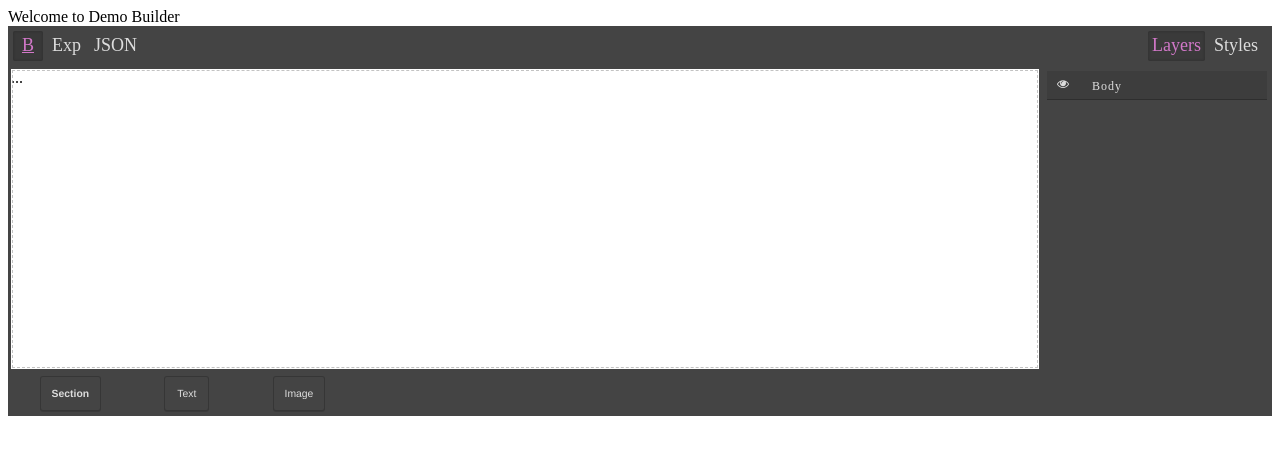
Repository: adityakulkarni000/DemoBuilder
Page: index.html
These files come from the project's save history. The page is drawn as it stood at one moment and after the next save; the edit follows.
The browser window is 1280 px wide. The pictures show the whole page.

Above is the page before, as saved 2022-06-19 01:25:14.

### index.html
<html>
  <header>Welcome to Demo Builder</header>
  <link rel="stylesheet" href="css/grapes.min.css" />
  <script src="lib/grapes.min.js"></script>

  <!-- STYLE SECTION-->
  <style>
    /* Let's highlight canvas boundaries */
    #gjs {
      border: 3px solid #444;
    }

    /* Reset some default styling */
    .gjs-cv-canvas {
      top: 0;
      width: 100%;
      height: 100%;
    }
    .gjs-block {
      width: auto;
      height: auto;
      min-height: auto;
    }
    .panel__top {
      padding: 0;
      width: 100%;
      display: flex;
      position: initial;
      justify-content: center;
      justify-content: space-between;
    }
    .panel__basic-actions {
      position: initial;
    }
    .editor-row {
      display: flex;
      justify-content: flex-start;
      align-items: stretch;
      flex-wrap: nowrap;
      height: 300px;
    }

    .editor-canvas {
      flex-grow: 1;
    }

    .panel__right {
      flex-basis: 230px;
      position: relative;
      overflow-y: auto;
    }
    .panel__switcher {
      position: initial;
    }
  </style>

  <!-- BODY SECTION-->
  <body>
    <div class="panel__top">
      <div class="panel__basic-actions"></div>
      <div class="panel__switcher"></div>
    </div>
    <div class="editor-row">
      <div class="editor-canvas">
        <div id="gjs">...</div>
      </div>
      <div class="panel__right">
        <div class="layers-container"></div>
        <div class="styles-container"></div>
      </div>
    </div>
    <div id="blocks"></div>
  </body>

  <!-- SCRIPT SECTION-->
  <script>
    const editor = grapesjs.init({
      // Indicate where to init the editor. You can also pass an HTMLElement
      container: "#gjs",
      // Get the content for the canvas directly from the element
      // As an alternative we could use: `components: '<h1>Hello World Component!</h1>'`,
      fromElement: true,
      // Size of the editor
      height: "300px",
      width: "auto",
      // Disable the storage manager for the moment
      storageManager: false,
      // Avoid any default panel
      panels: { defaults: [] },

      blockManager: {
        appendTo: "#blocks",
        blocks: [
          {
            id: "section", // id is mandatory
            label: "<b>Section</b>", // You can use HTML/SVG inside labels
            attributes: { class: "gjs-block-section" },
            content: `<section>
          <h1>This is a simple title</h1>
          <div>This is just a Lorem text: Lorem ipsum dolor sit amet</div>
        </section>`,
          },
          {
            id: "text",
            label: "Text",
            content: '<div data-gjs-type="text">Insert your text here</div>',
          },
          {
            id: "image",
            label: "Image",
            // Select the component once it's dropped
            select: true,
            // You can pass components as a JSON instead of a simple HTML string,
            // in this case we also use a defined component type `image`
            content: { type: "image" },
            // This triggers `active` event on dropped components and the `image`
            // reacts by opening the AssetManager
            activate: true,
          },
        ],
      },
      layerManager: {
        appendTo: ".layers-container",
      },
      // We define a default panel as a sidebar to contain layers
      panels: {
        defaults: [
          {
            id: "layers",
            el: ".panel__right",
            // Make the panel resizable
            resizable: {
              maxDim: 350,
              minDim: 200,
              tc: 0, // Top handler
              cl: 1, // Left handler
              cr: 0, // Right handler
              bc: 0, // Bottom handler
              // Being a flex child we need to change `flex-basis` property
              // instead of the `width` (default)
              keyWidth: "flex-basis",
            },
          },
          {
            id: "panel-switcher",
            el: ".panel__switcher",
            buttons: [
              {
                id: "show-layers",
                active: true,
                label: "Layers",
                command: "show-layers",
                // Once activated disable the possibility to turn it off
                togglable: false,
              },
              {
                id: "show-style",
                active: true,
                label: "Styles",
                command: "show-styles",
                togglable: false,
              },
            ],
          },
        ],
      },
    });


    editor.Panels.addPanel({
      id: "panel-top",
      el: ".panel__top",
    });
    editor.Panels.addPanel({
      id: "basic-actions",
      el: ".panel__basic-actions",
      buttons: [
        {
          id: "visibility",
          active: true, // active by default
          className: "btn-toggle-borders",
          label: "<u>B</u>",
          command: "sw-visibility", // Built-in command
        },
        {
          id: "export",
          className: "btn-open-export",
          label: "Exp",
          command: "export-template",
          context: "export-template", // For grouping context of buttons from the same panel
        },
        {
          id: "show-json",
          className: "btn-show-json",
          label: "JSON",
          context: "show-json",
          command(editor) {
            editor.Modal.setTitle("Components JSON")
              .setContent(
                `<textarea style="width:100%; height: 250px;">
            ${JSON.stringify(editor.getComponents())}
          </textarea>`
              )
              .open();
          },
        },
      ],
    });
  </script>
</html>

Loaded but not shown: css/grapes.min.css (library); lib/grapes.min.js (library)

After the next save:
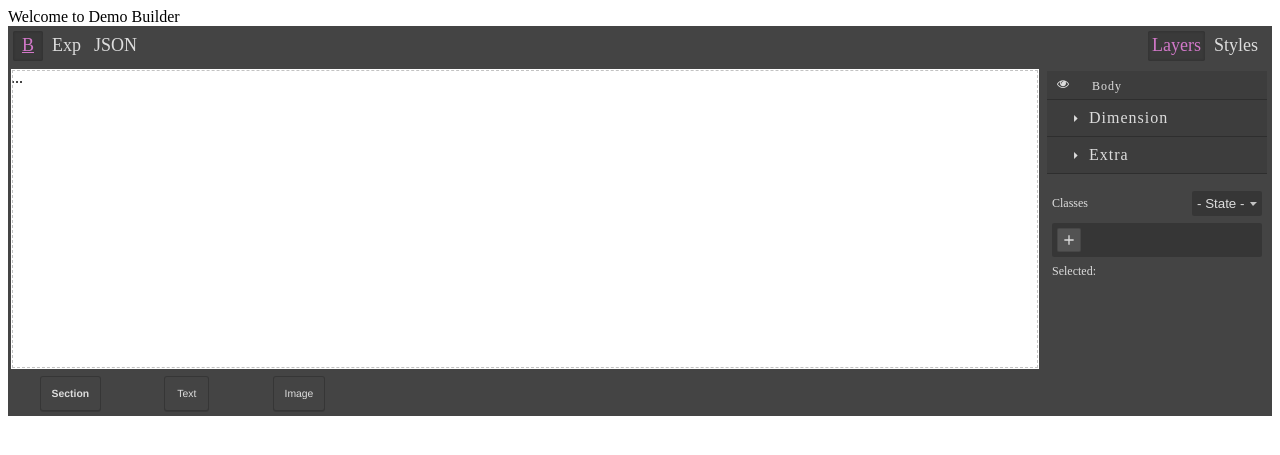
Saved 17 s later.
--- a/index.html
+++ b/index.html
@@ -164,8 +164,54 @@
           },
         ],
       },
+      selectorManager: {
+        appendTo: ".styles-container",
+      },
+      styleManager: {
+        appendTo: ".styles-container",
+        sectors: [
+          {
+            name: "Dimension",
+            open: false,
+            // Use built-in properties
+            buildProps: ["width", "min-height", "padding"],
+            // Use `properties` to define/override single property
+            properties: [
+              {
+                // Type of the input,
+                // options: integer | radio | select | color | slider | file | composite | stack
+                type: "integer",
+                name: "The width", // Label for the property
+                property: "width", // CSS property (if buildProps contains it will be extended)
+                units: ["px", "%"], // Units, available only for 'integer' types
+                defaults: "auto", // Default value
+                min: 0, // Min value, available only for 'integer' types
+              },
+            ],
+          },
+          {
+            name: "Extra",
+            open: false,
+            buildProps: ["background-color", "box-shadow", "custom-prop"],
+            properties: [
+              {
+                id: "custom-prop",
+                name: "Custom Label",
+                property: "font-size",
+                type: "select",
+                defaults: "32px",
+                // List of options, available only for 'select' and 'radio'  types
+                options: [
+                  { value: "12px", name: "Tiny" },
+                  { value: "18px", name: "Medium" },
+                  { value: "32px", name: "Big" },
+                ],
+              },
+            ],
+          },
+        ],
+      },
     });
-
 
     editor.Panels.addPanel({
       id: "panel-top",

After the 2 saves that followed:
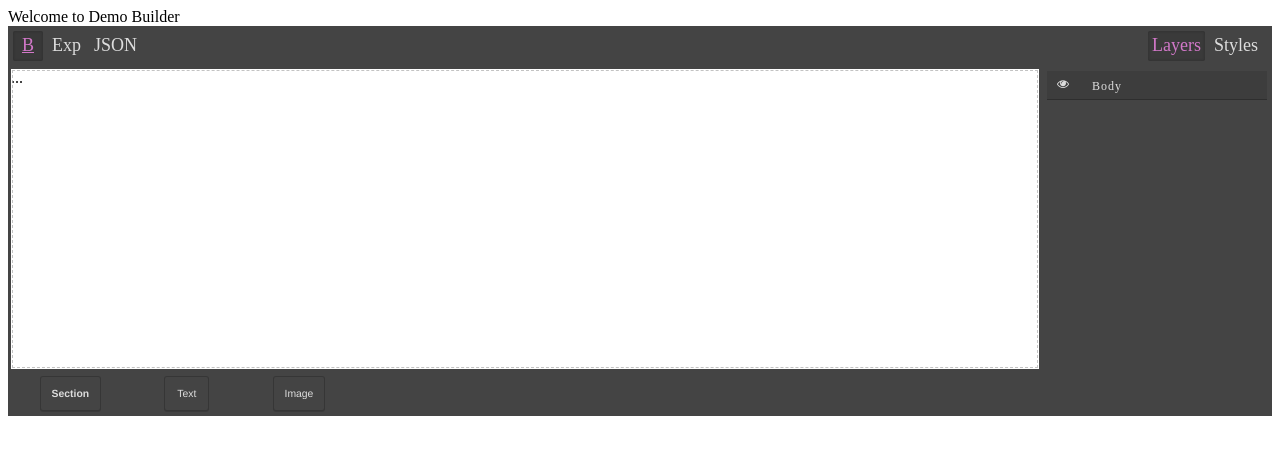
The 2 saves are shown as one change because they came seconds apart.
The last was saved 90 s later.
--- a/index.html
+++ b/index.html
@@ -252,5 +252,39 @@
         },
       ],
     });
+    editor.Commands.add("show-layers", {
+      getRowEl(editor) {
+        return editor.getContainer().closest(".editor-row");
+      },
+      getLayersEl(row) {
+        return row.querySelector(".layers-container");
+      },
+
+      run(editor, sender) {
+        const lmEl = this.getLayersEl(this.getRowEl(editor));
+        lmEl.style.display = "";
+      },
+      stop(editor, sender) {
+        const lmEl = this.getLayersEl(this.getRowEl(editor));
+        lmEl.style.display = "none";
+      },
+    });
+    editor.Commands.add("show-styles", {
+      getRowEl(editor) {
+        return editor.getContainer().closest(".editor-row");
+      },
+      getStyleEl(row) {
+        return row.querySelector(".styles-container");
+      },
+
+      run(editor, sender) {
+        const smEl = this.getStyleEl(this.getRowEl(editor));
+        smEl.style.display = "";
+      },
+      stop(editor, sender) {
+        const smEl = this.getStyleEl(this.getRowEl(editor));
+        smEl.style.display = "none";
+      },
+    });
   </script>
 </html>
